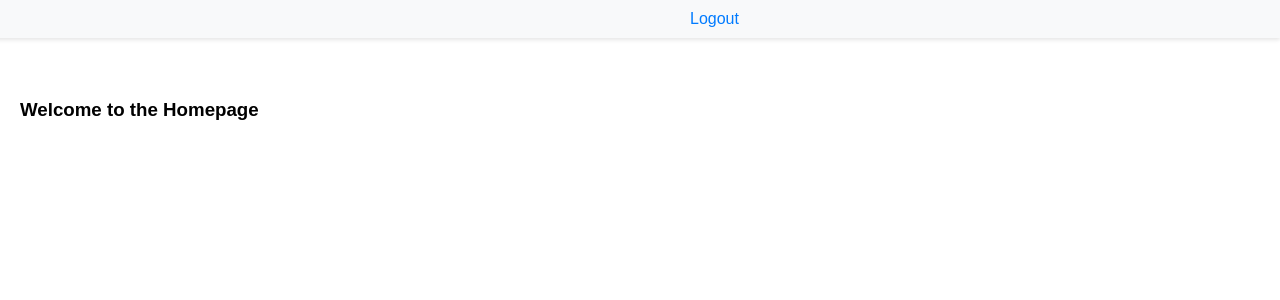
Repository: Faisal-Abdo/Savings_App_Django
Page: http://localhost/home/
The author's editor kept a copy of each file at every save. The page is drawn from the files as they stood at one save, then again after the next save.
The browser window is 1280 px wide. The pictures show the whole page.
The page is served by the project's application, run on Django 4.2 (manage.py). Other server files are loaded and not shown.

Above is the page before, as saved 2024-07-24 23:51:23.

### registration/templates/home.html
<!DOCTYPE html>
<html lang="en">
<head>
    <meta charset="UTF-8">
    <meta name="viewport" content="width=device-width, initial-scale=1.0">
    <title>Home</title>
    <style>
        body {
            font-family: Arial, sans-serif;
            margin: 0;
            padding: 0;
        }
        .header {
            position: fixed;
            top: 0;
            right: 0;
            background-color: #f8f9fa;
            padding: 10px;
            width: 100%;
            box-shadow: 0 2px 4px rgba(0, 0, 0, 0.1);
        }
        .header a {
            text-decoration: none;
            color: #007bff;
            font-size: 16px;
            margin-left: 700px;
        }
        .header a:hover {
            text-decoration: underline;
        }
        .content {
            margin-top: 60px; /* Space for fixed header */
            padding: 20px;
        }
    </style>
</head>
<body>
    <div class="header">
        <a href="{% url 'logout' %}">Logout</a>
    </div>
    <div class="content">
        <h3>Welcome to the Homepage</h3>
        <!-- Page content goes here -->
    </div>
</body>
</html>

### registration/views.py
from django.shortcuts import render, redirect
from django.http import HttpResponse
from django.forms import inlineformset_factory
from django.contrib.auth.forms import UserCreationForm
from .forms import CreateUserForm
from django.contrib import messages
from django.contrib.auth import authenticate, login, logout


# Create your views here.
def home(request):
    return render(request, 'home.html')

def register(request):
    form = CreateUserForm()
    if request.method == 'POST':
        form = CreateUserForm(request.POST)
        if form.is_valid():
            form.save()
            messages.success(request, 'Account created successefully')
            return redirect('login')
    context = {'form': form}
    return render(request, 'authentication/register.html', context)

def login_view(request):
    if request.method == "POST":
        email = request.POST.get('email')
        password = request.POST.get('password')
        user = authenticate(request, username= email, password= password)
        if user is not None:
            login(request, user)
            return redirect('home')
        else:
            messages.error(request, 'Invalid email or password')
    return render(request, 'authentication/login.html')

def logoutUser(request):
    logout(request)
    return redirect('login')

### savings_app/urls.py
"""
URL configuration for savings_app project.

The `urlpatterns` list routes URLs to views. For more information please see:
    https://docs.djangoproject.com/en/4.2/topics/http/urls/
Examples:
Function views
    1. Add an import:  from my_app import views
    2. Add a URL to urlpatterns:  path('', views.home, name='home')
Class-based views
    1. Add an import:  from other_app.views import Home
    2. Add a URL to urlpatterns:  path('', Home.as_view(), name='home')
Including another URLconf
    1. Import the include() function: from django.urls import include, path
    2. Add a URL to urlpatterns:  path('blog/', include('blog.urls'))
"""
from django.contrib import admin
from django.urls import path, include
from django.shortcuts import redirect

urlpatterns = [
    path('admin/', admin.site.urls),
    path('', lambda request: redirect('login/', permanent=True)),
    path('', include('registration.urls')),
]

### registration/urls.py
from django.urls import path
from . import views

urlpatterns = [
    path('home/', views.home, name='home'),
    path('logout/', views.logoutUser, name='logout'),
    path('register/', views.register, name='register'),
    path('login/', views.login_view, name='login'),
]

After the next save:
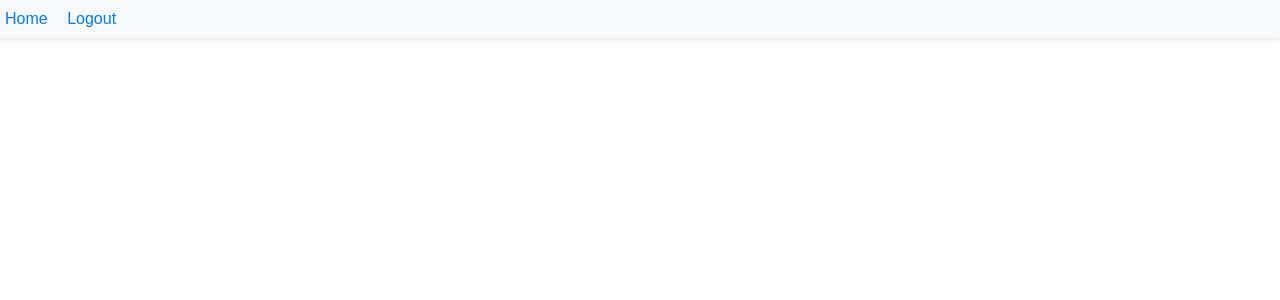
Saved 3 min 4 s later.
--- a/registration/templates/home.html
+++ b/registration/templates/home.html
@@ -23,7 +23,7 @@
             text-decoration: none;
             color: #007bff;
             font-size: 16px;
-            margin-left: 700px;
+            margin-left: 15px;
         }
         .header a:hover {
             text-decoration: underline;
@@ -36,10 +36,10 @@
 </head>
 <body>
     <div class="header">
+        <a href="{% url 'home' %}">Home</a>
         <a href="{% url 'logout' %}">Logout</a>
     </div>
     <div class="content">
-        <h3>Welcome to the Homepage</h3>
         <!-- Page content goes here -->
     </div>
 </body>
